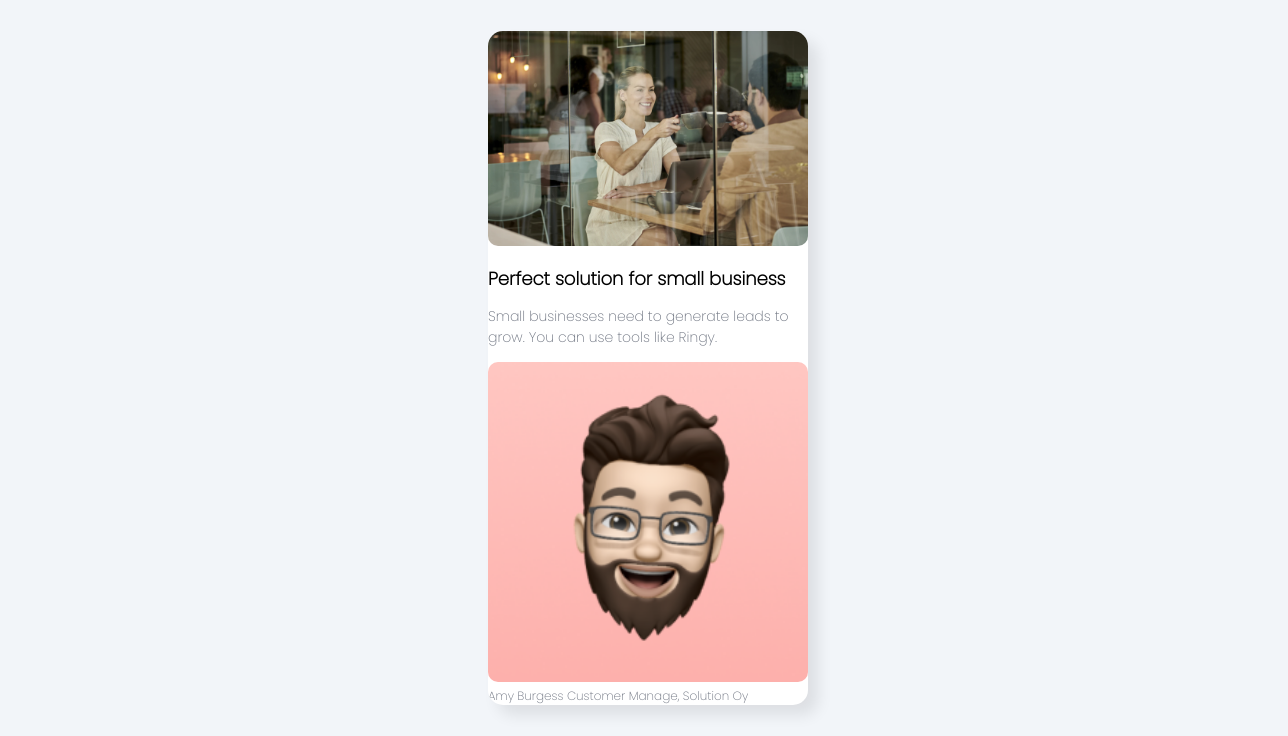
Repository: massndongo/business-blog-card
Page: index.html
The author's editor kept a copy of each file at every save. The page is drawn from the files as they stood at one save, then again after a run of saves.
The browser window is 1280 px wide. The page is 1288 px wide, so the pictures cover 1288 px, including what lies to the right of the window. The pictures show the whole page.

Above is the page before, as saved 2023-11-08 03:18:19.

### index.html
<!DOCTYPE html>
<html lang="en">
<head>
    <meta charset="UTF-8">
    <meta name="viewport" content="width=device-width, initial-scale=1.0">
    <link rel="stylesheet" href="css/styles.css">
    <title>Responsive Web Developer Starter - devchallenges.io</title>
    <link rel="icon" href="images/favicon.ico" type="image/x-icon" sizes="any">
</head>
<body>
    <div class="card">
        <img src="images/hero-image-business-card.png" alt="" srcset="">
        <div class="wavy"></div>
        <h1 class="title">Perfect solution for small business</h1>
        <p class="corps">Small businesses need to generate leads to grow. You can use tools like Ringy.</p>
        <hr>
        <div class="small">
            <img src="images/avatar-image-business-card.png" alt="" srcset="">
            <div>
                <span>Amy Burgess</span>
                <span>Customer Manage, Solution Oy</span>
            </div>
        </div>
    </div>
</body>
</html>

### css/styles.css
@import url('https://fonts.googleapis.com/css2?family=Poppins:wght@200&display=swa');

* {
    box-sizing: border-box;
    font-family: 'Poppins', sans-serif;
    overflow: hidden;
}

/* Add some styles for body*/
body {
    width: 100%;
    height: 100vh;
    background-color: #F2F5F9;
    display: flex;
    justify-content: center;
    align-items: center;

}

.card{
    position: relative;
    flex-direction: column;
    background-color: #FFFFFF;
    box-shadow: 10px 10px 15px 0px rgba(0, 0, 0, 0.09);
    width: 25%;
    height: auto;
    border-radius: 15px;
}
.card img{
    width: 100%;
    border-radius: 10px;
}
.wavy{
    width: 100%;
}
.title{
    font-size: 18px;

}
.corps{
    font-size: 14px;

}
.small{
    position: relative;
    font-size: 12px;
}
.corps, .small, hr{
    color: #6C727F
}
hr{
    width: 100%;
    height: 1px;
    position: absolute;
    bottom: 9%;
    left: 0;
    right: 0;
    background-color: #6c727f85;
}

@media screen and (max-width: 768px) {
    .card {
        width: 90%;
    }
}

After the next 4 saves:
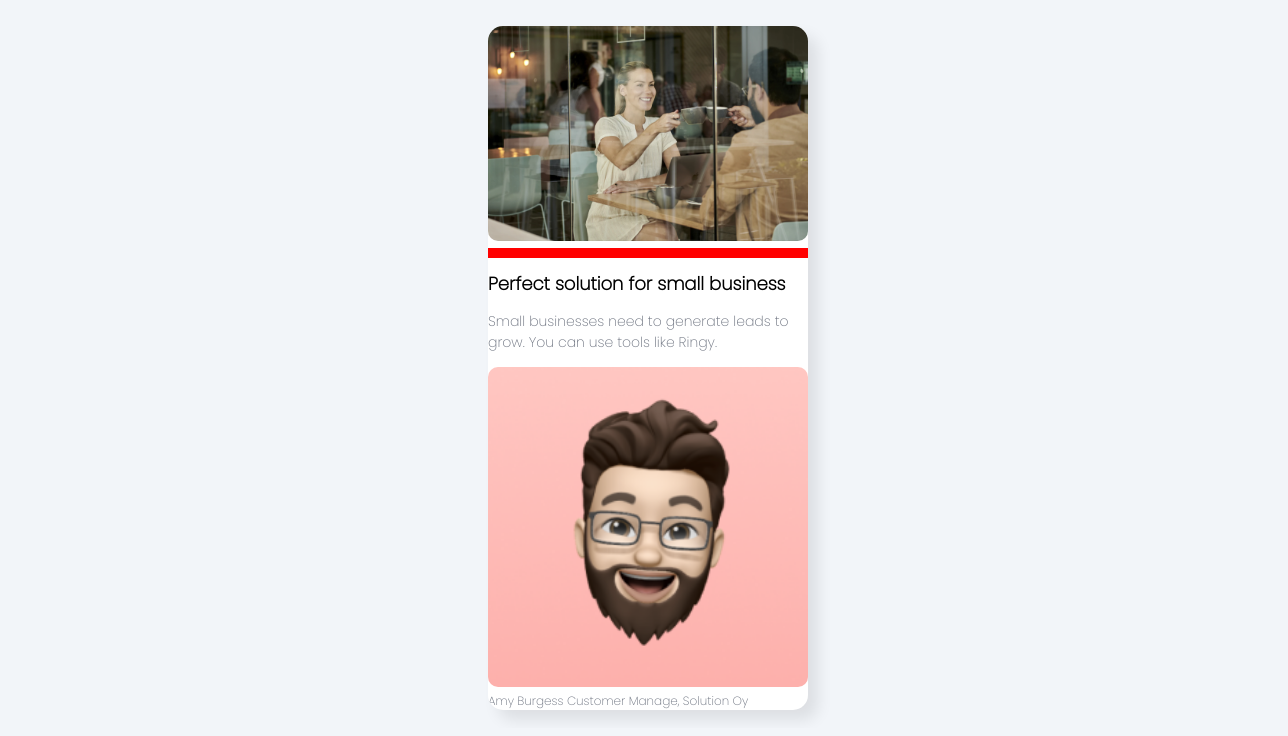
The 4 saves are shown as one change because they came seconds apart.
The last was saved 10 s later.
--- a/css/styles.css
+++ b/css/styles.css
@@ -32,6 +32,8 @@ body {
 }
 .wavy{
     width: 100%;
+    height: 10px;
+    background-color: red;
 }
 .title{
     font-size: 18px;
